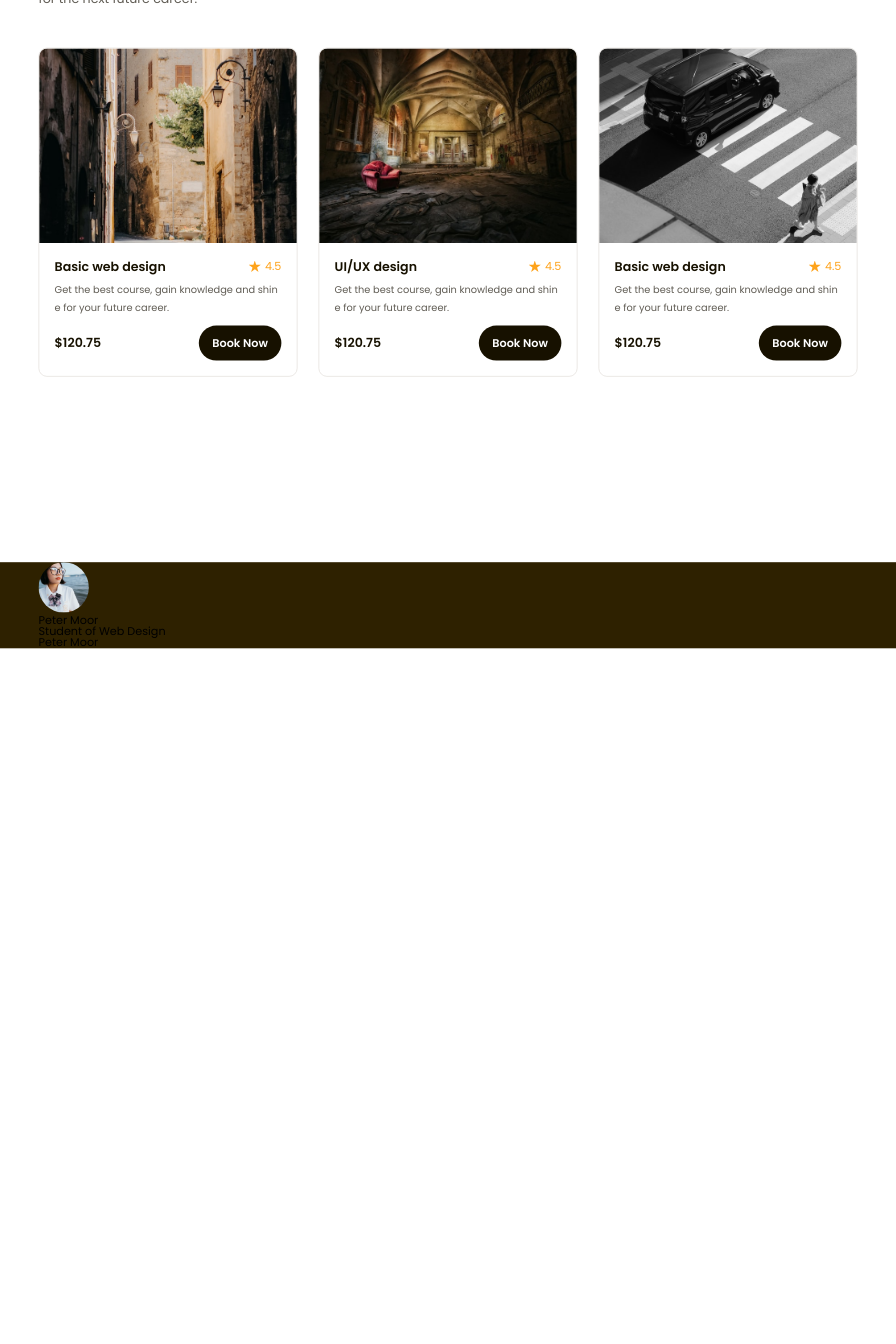
Repository: empty24062002/f8-htmlcss-02-pratice
Page: index.html
The author's editor kept a copy of each file at every save. The page is drawn from the files as they stood at one save, then again after the next save.
The browser window is 1280 px wide. The pictures show the part of the page from y = 1183 to 3103 px (the page is 5187 px tall), at 70% of full size.
A picture or video elsewhere on the page could not be fetched, so the positions and the page height are approximate.

Above is the page before, as saved 2023-07-19 09:19:45.

After the next save:
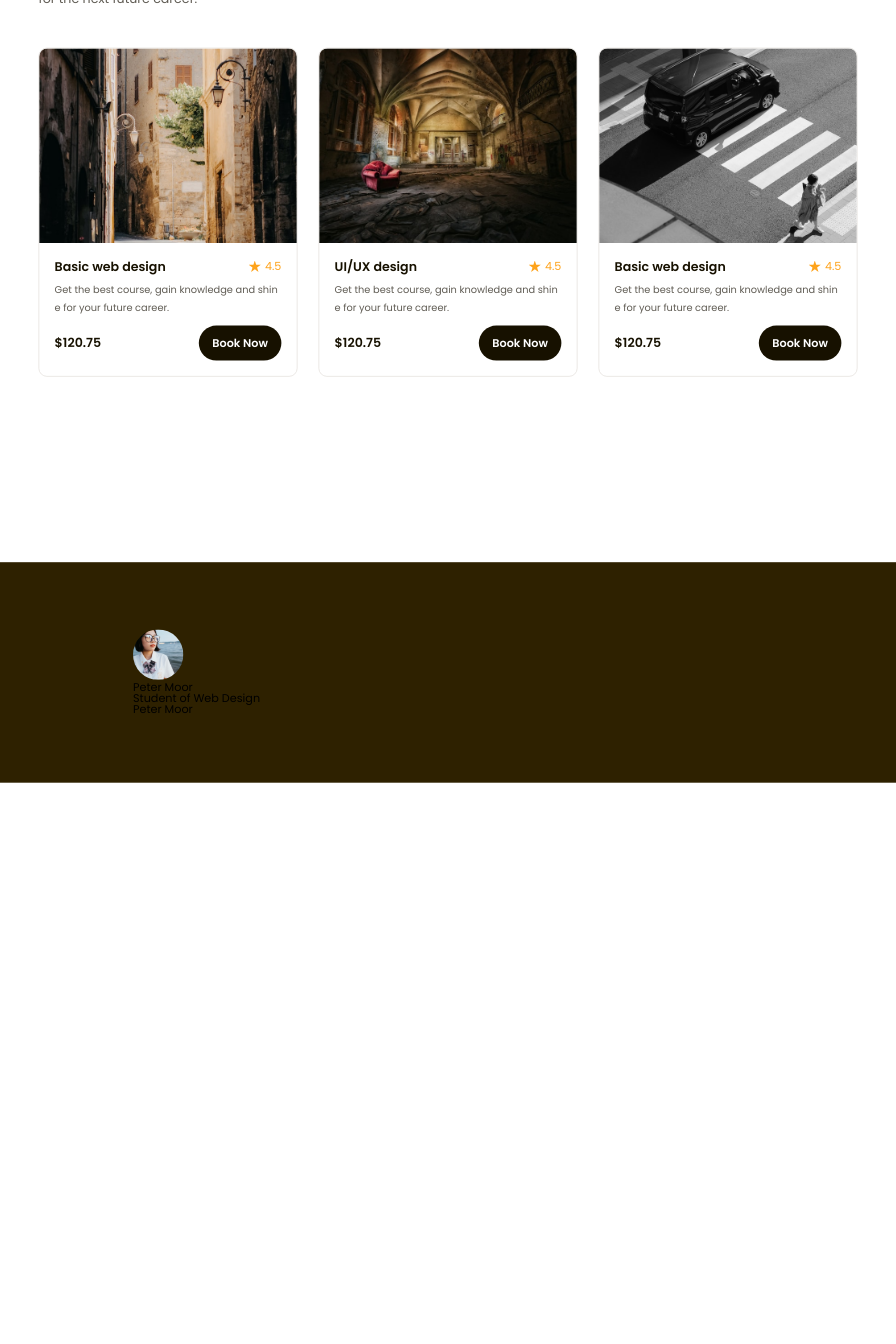
Saved 2 min 3 s later.
--- a/assets/css/styles.css
+++ b/assets/css/styles.css
@@ -409,9 +409,16 @@ a {
     margin-top: 200px;
     background-color: #2e2100;
 }
+
+.feedback .feedback-item {
+    padding: 96px 135px;
+}
+
 .feedback-item .avatar {
     width: 72px;
     height: 72px;
     object-fit: cover;
     border-radius: 50%;
 }
+
+.feedback-item .;
